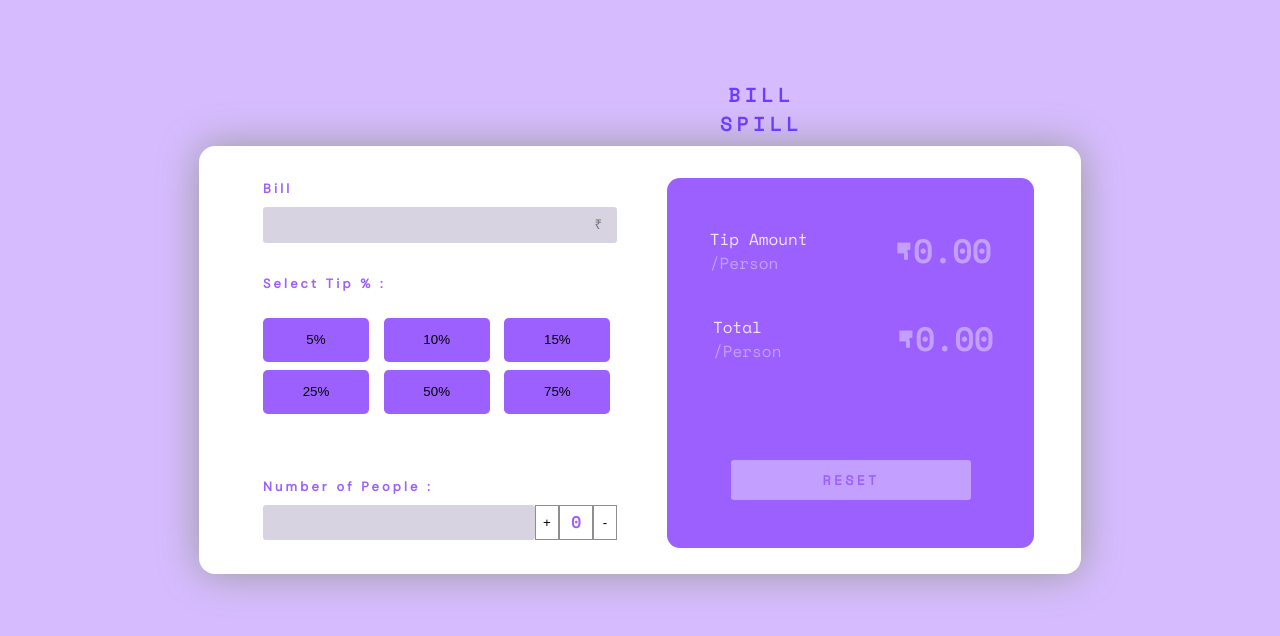
Repository: drumsmanku/micro-project-3
Page: index.html
An editor plug-in stored every save of this project. The page is shown before and after the next save, followed by the edit.
The browser window is 1280 px wide. The pictures show the whole page.

Above is the page before, as saved 2023-04-17 21:17:46.

After the next save:
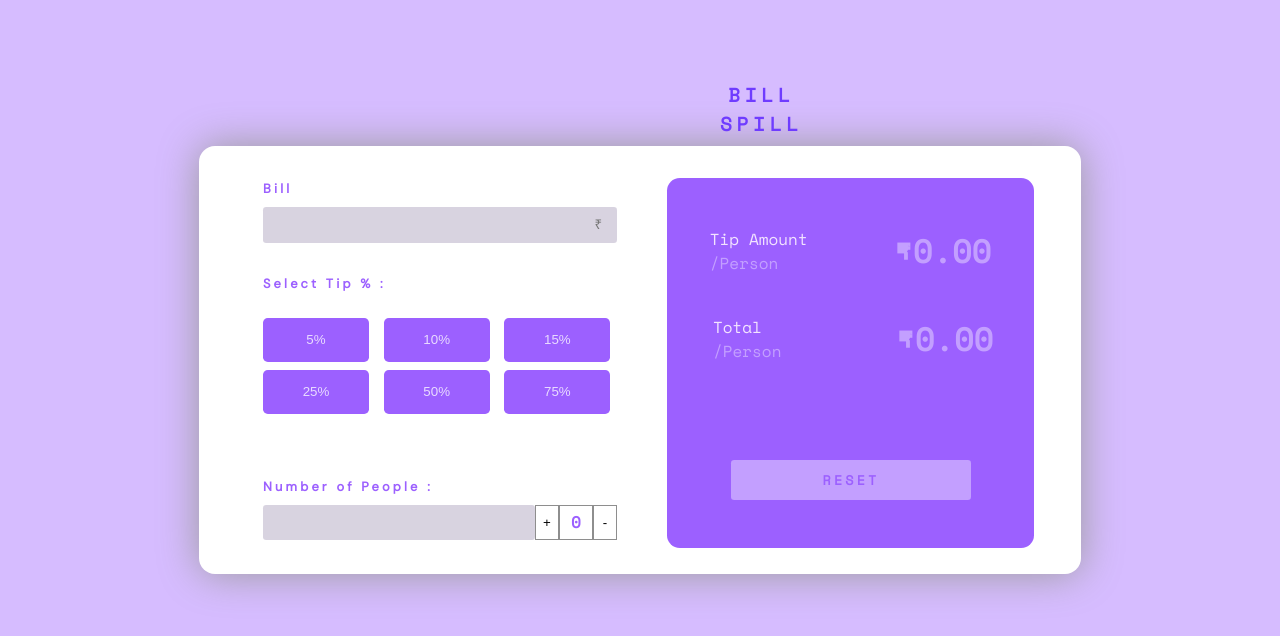
Saved 30 s later.
--- a/styles.css
+++ b/styles.css
@@ -53,6 +53,7 @@ main>h2{
   border: none;
   background-color: #9C60FF;
   border-radius: 0.3rem;
+  color: #E9DBFF;
 }
 .people-container{
   display: flex;
